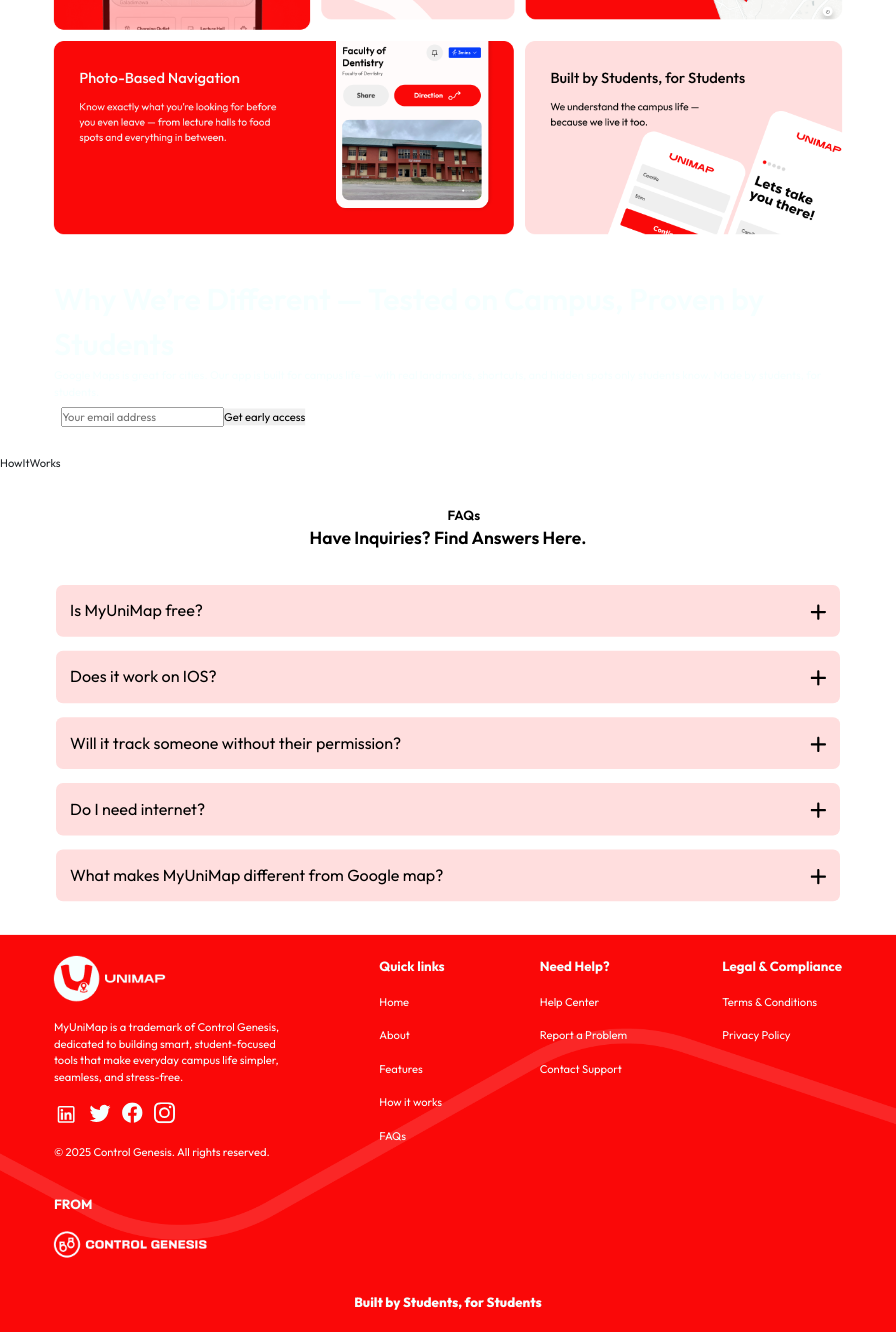
Repository: SahMenz/MUM-website
Page: /
An editor plug-in stored every save of this project. The page is shown before and after the next save, followed by the edit.
The browser window is 1280 px wide. The pictures show the part of the page from y = 3711 to 5631 px (the page is 5615 px tall before and 5631 px after), at 70% of full size.
The project was rebuilt for these pictures with package versions that can differ from the ones it lists, and the page was loaded fresh each time. Also part of the build but not shown: vite.config.js, src/components/team/team.css.

Above is the page before, as saved 2025-08-31 23:50:31.

After the next save:
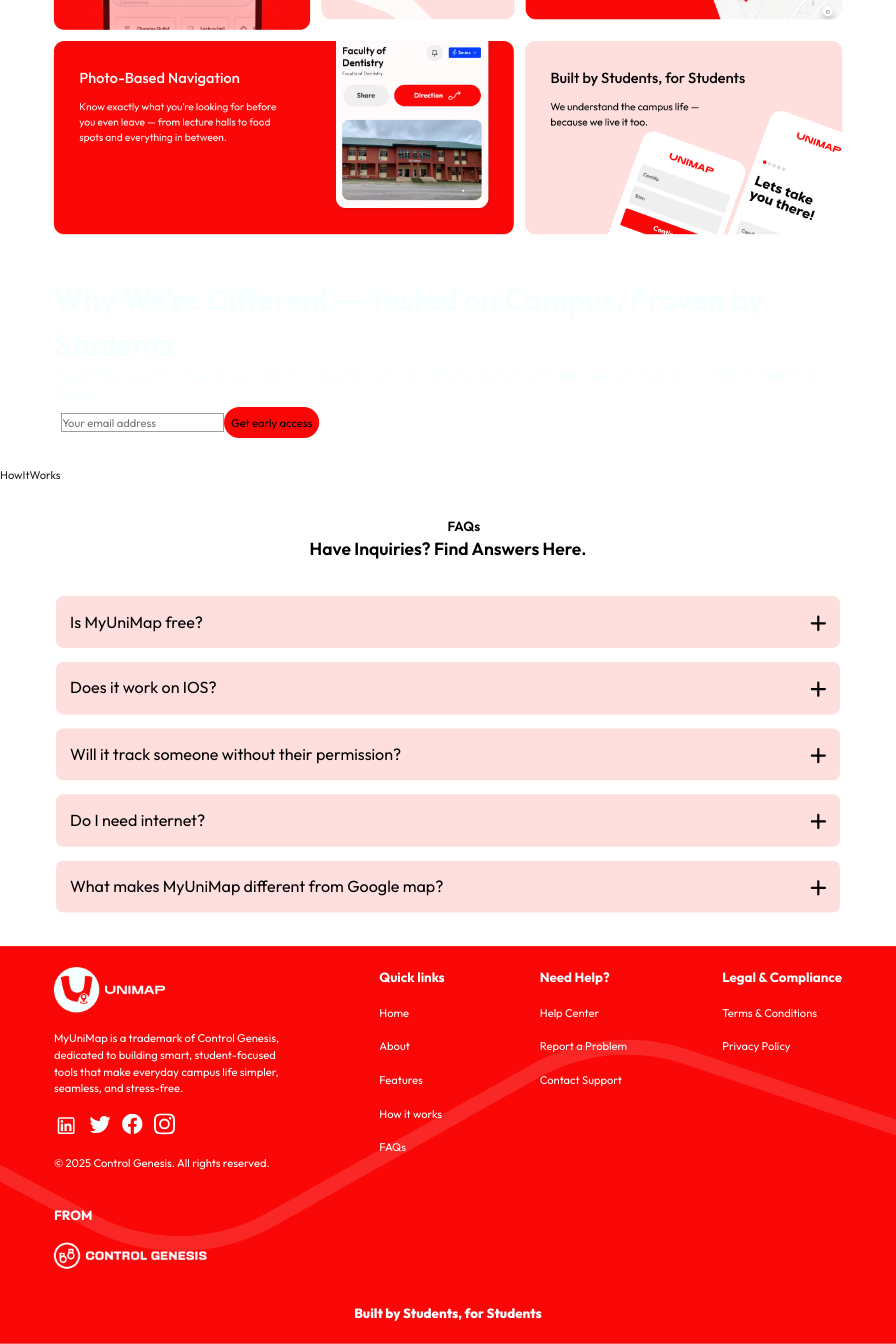
Saved 31 s later.
--- a/src/components/team/team.jsx
+++ b/src/components/team/team.jsx
@@ -8,7 +8,7 @@
                 <div className="fs-16 fw-500">Google Maps is great for cities. Our app is built for campus life — with real landmarks, shortcuts, and hidden spots only students know. Made by students, for students.</div>
                 <div className="bg-ff" style={{borderRadius:"60px", padding:"10px"}}>
                     <input placeholder="Your email address"/>
-                    <button>Get early access</button>
+                    <button className="bg-fa" style={{borderRadius:"60px", padding:"10px"}}>Get early access</button>
                 </div>
             </div>
         </div>
